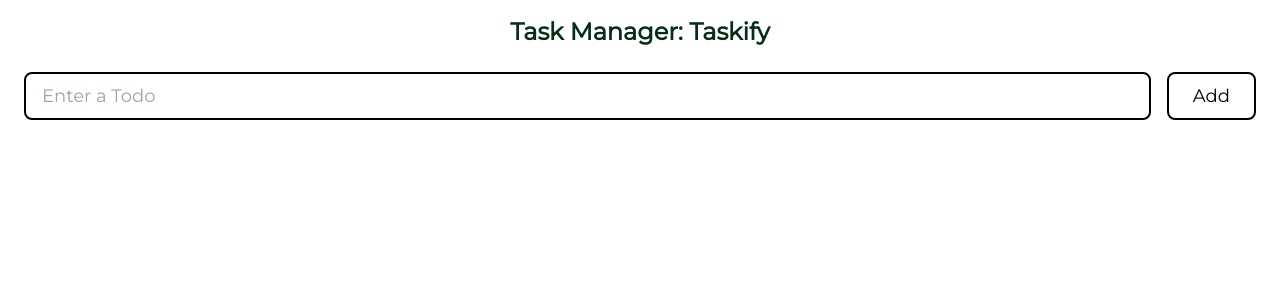
Repository: Dineshbhandari2023/Todo
Page: /
An editor plug-in stored every save of this project. The page is shown before and after the next save, followed by the edit.
The browser window is 1280 px wide. The pictures show the whole page.
Some web fonts or font styles are not loaded; a fallback is used. The project was rebuilt for these pictures with package versions that can differ from the ones it lists, and the page was loaded fresh each time.

Above is the page before, as saved 2025-06-18 22:35:32.

### src/App.tsx
import React from "react";
import "./App.css";
import InputFields from "./Components/InputFields";

// //Learning Types
// let name: string;
// let age: number;
// let hobbies: string[];
// let role: [number, number, string];

// // Objects Can be defined using: types or interface
// type Animal = {
//   name: string;
//   age: number;
//   color?: string;
// };

// let myAnimal: Animal = {
//   name: "Dog",
//   age: 3,
//   color: "Brown",
// };

// let Animals: Animal[];

// //defining function in ts
// function printAnything(Animal: string) {
//   console.log(Animal);
// }

// printAnything("DOG");

function App() {
  return (
    <div className="App">
      <h1 className="font-extrabold text-green-950 text-2xl mt-4">
        Task Manager: Taskify
      </h1>
      <InputFields />
    </div>
  );
}

export default App;

### src/App.css
@import url("https://fonts.googleapis.com/css2?family=Montserrat:ital@0;1&family=Savate:ital,wght@0,200..900;1,200..900&display=swap");

.App {
  text-align: center;
  font-family: "Montserrat", sans-serif;
}

### src/Components/InputFields.tsx
import React from "react";

const InputFields = () => {
  return (
    <div className="flex gap-4 m-6">
      <input
        type="text"
        placeholder="Enter a Todo"
        className="flex-1 px-4 py-2 border-2 border-black rounded-lg text-lg focus:outline-none focus:ring-2 focus:ring-blue-500"
      />
      <button className="px-6 py-2 bg-white border-2 border-black rounded-lg text-lg font-medium hover:bg-gray-50 focus:outline-none focus:ring-2 focus:ring-blue-500">
        Add
      </button>
    </div>
  );
};

export default InputFields;

Loaded but not shown: public/index.html (common file); src/index.tsx (common file); src/index.css (common file); tailwind.config.js (common file)

After the next save:
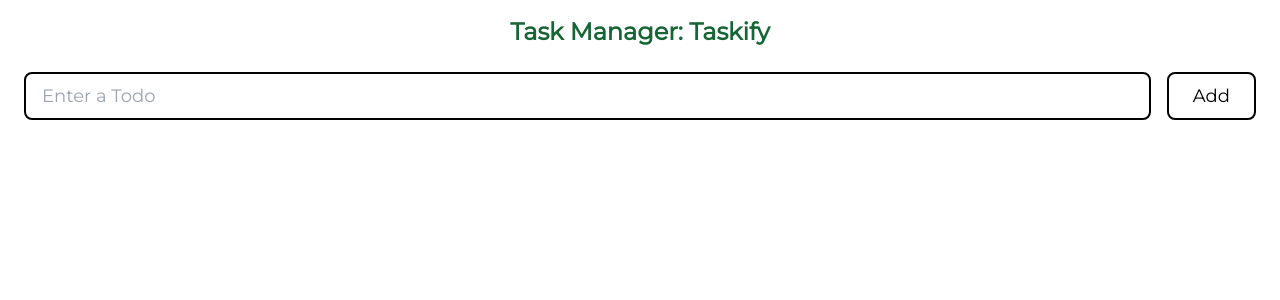
Saved 11 s later.
--- a/src/App.tsx
+++ b/src/App.tsx
@@ -33,7 +33,7 @@ import InputFields from "./Components/InputFields";
 function App() {
   return (
     <div className="App">
-      <h1 className="font-extrabold text-green-950 text-2xl mt-4">
+      <h1 className="font-extrabold text-green-800 text-2xl mt-4">
         Task Manager: Taskify
       </h1>
       <InputFields />
